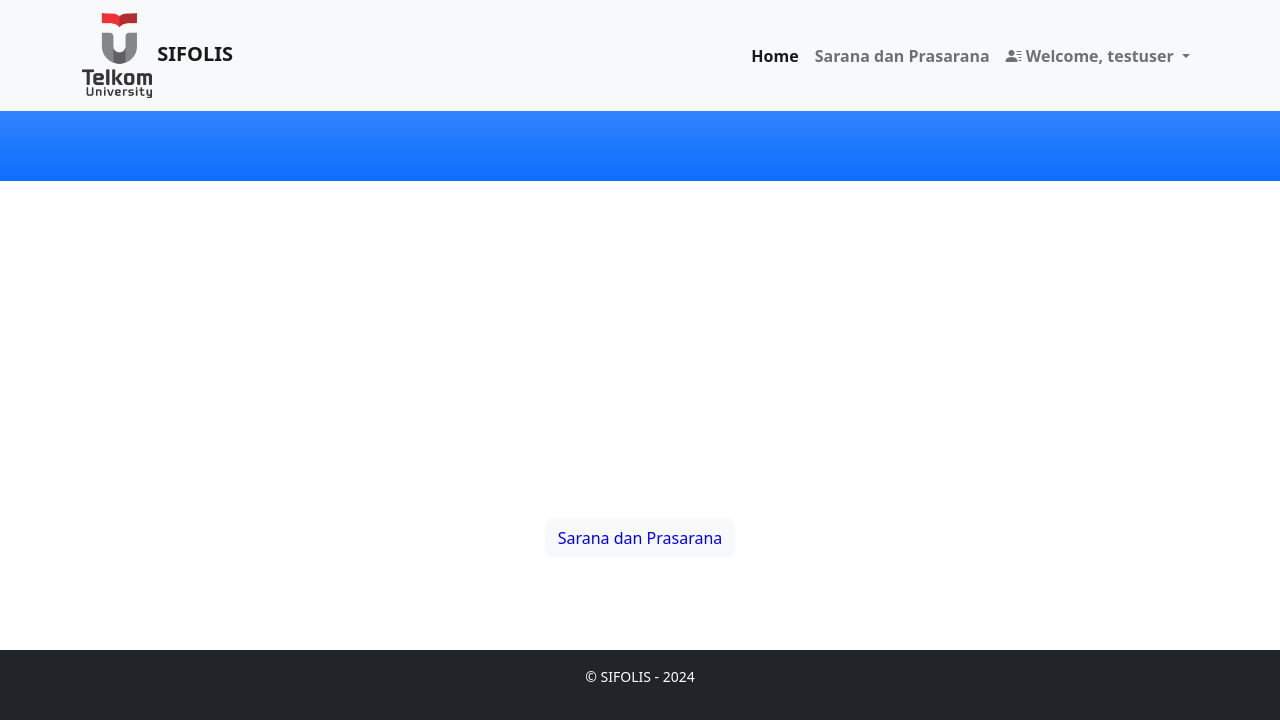
Repository: Audi87/uas_framework
Page: http://localhost/
An editor plug-in stored every save of this project. The page is shown before and after a run of saves, followed by the edit.
The browser window is 1280 px wide. The pictures show the whole page.
Some web libraries are served in a nearby version. The page is served by the project's Laravel application, run on PHP 8.4 with Laravel 10. A made-up administrator, Test User (test@example.com), is signed in.

Above is the page before, as saved 2024-06-13 21:03:02.

After the next 2 saves:
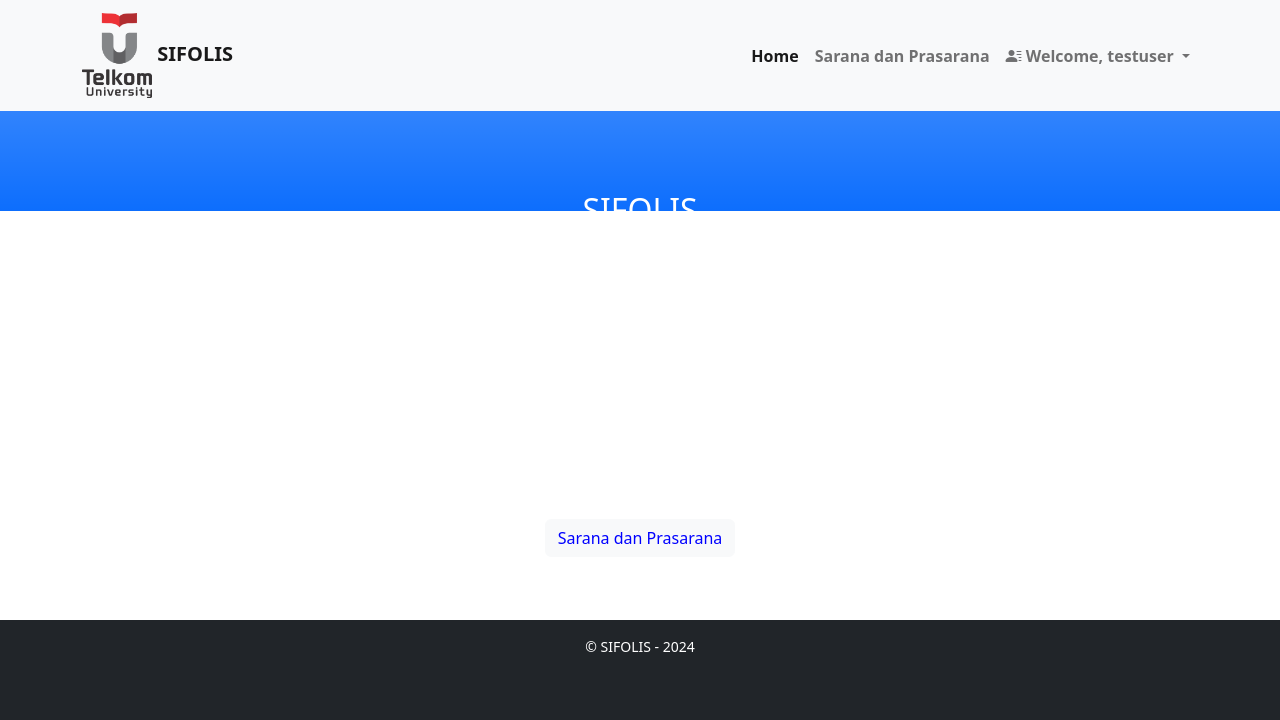
The 2 saves are shown as one change because they came seconds apart.
The last was saved 11 s later.
--- a/public/css/style.css
+++ b/public/css/style.css
@@ -8,7 +8,7 @@
 
 .container-fluid {
      /* Pastikan kontainer memiliki tinggi minimal 100% dari tinggi viewport */
-    height: 70px;
+    height: 100px;
 }
 
 nav ul li {
